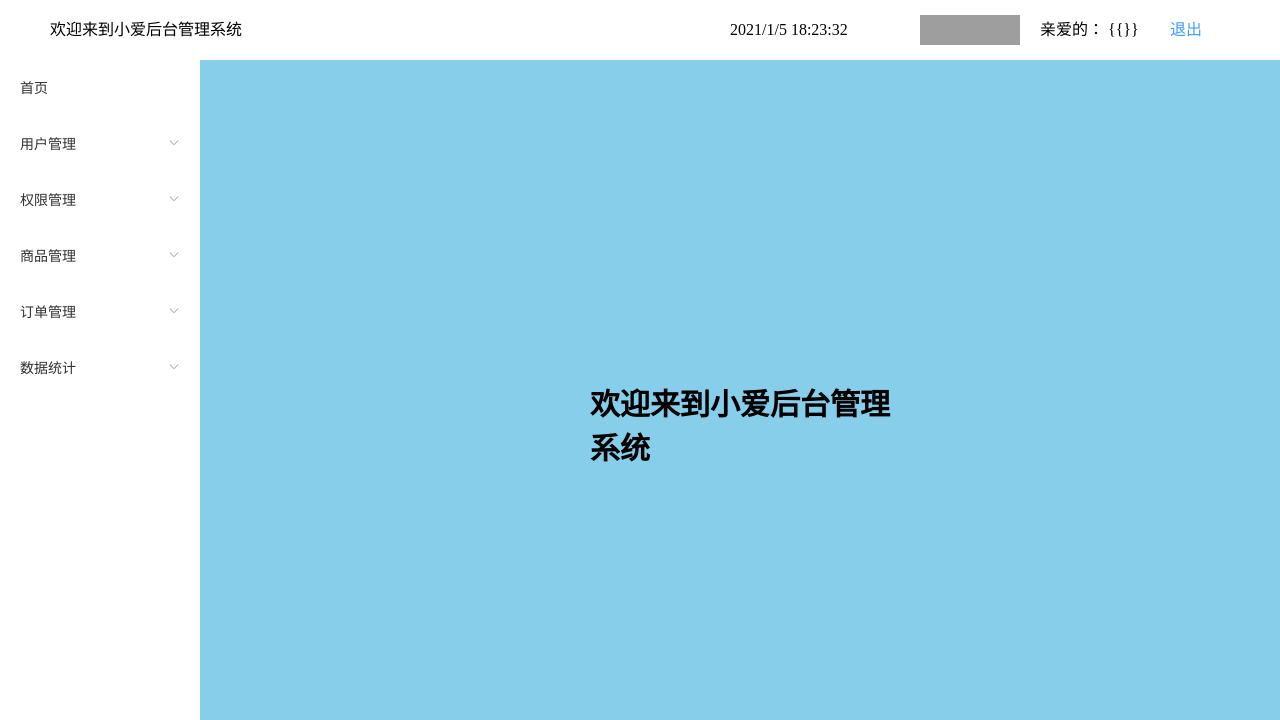
Repository: heyegang/vuex
Page: /
The author's editor kept a copy of each file at every save. The page is drawn from the files as they stood at one save, then again after the next save.
The browser window is 1280 px wide. The pictures show the whole page.
Pictures or frames that could not be fetched are drawn as grey boxes. The project was rebuilt for these pictures with package versions that can differ from the ones it lists, and the page was loaded fresh each time. Also part of the build but not shown: vue.config.js.

Above is the page before, as saved 2021-01-06 15:11:17.

After the next save:
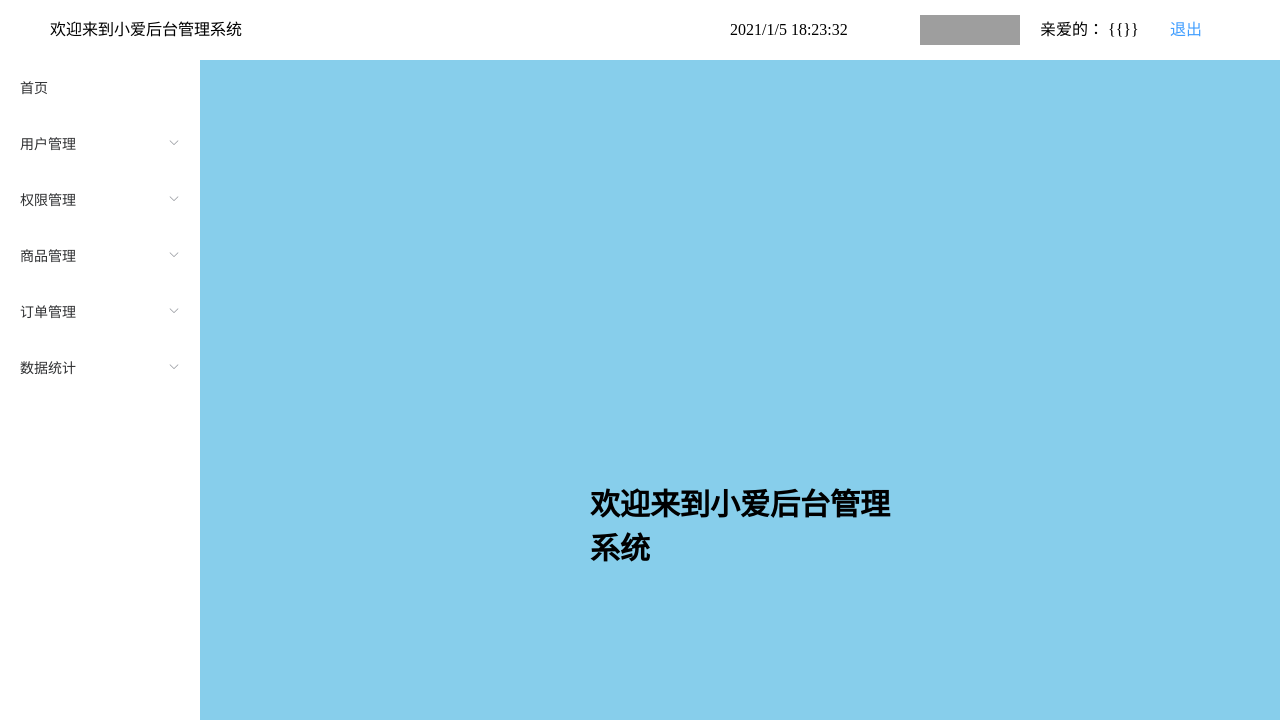
Saved 18 s later.
--- a/src/views/Home.vue
+++ b/src/views/Home.vue
@@ -29,6 +29,6 @@ export default {
   font-weight: bold;
   margin: 0 auto;
   position: relative;
-  top: 300px;
+  top: 400px;
 }
 </style>
